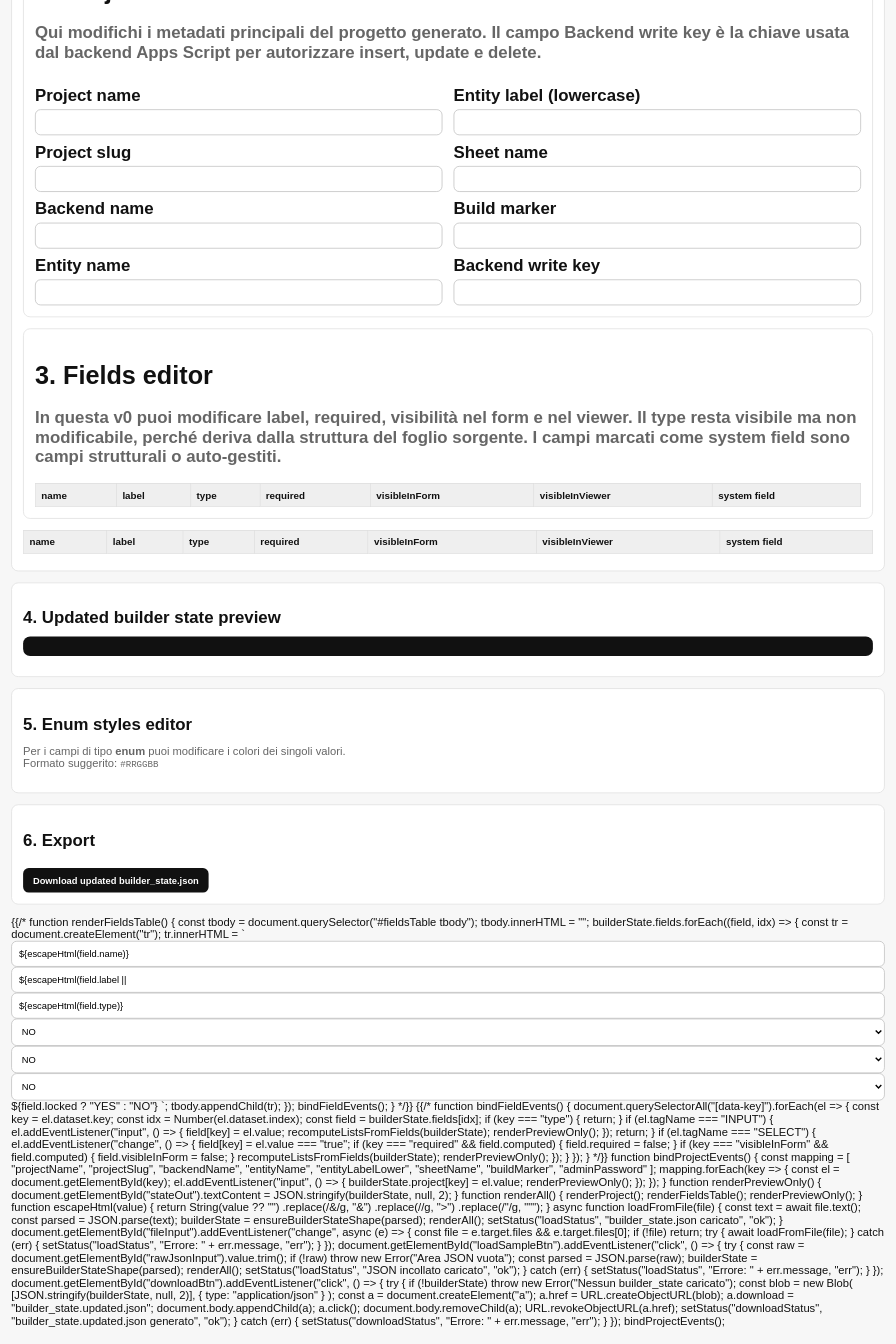
Repository: progettazionemauro/sheets.builder
Page: docs/builder.html
The author's editor kept a copy of each file at every save. The page is drawn from the files as they stood at one save, then again after the next save.
The browser window is 1280 px wide. The pictures show the part of the page from y = 693 to 2613 px (the page is 2613 px tall), at 70% of full size.

Above is the page before, as saved 2026-04-14 04:55:57.

After the next save:
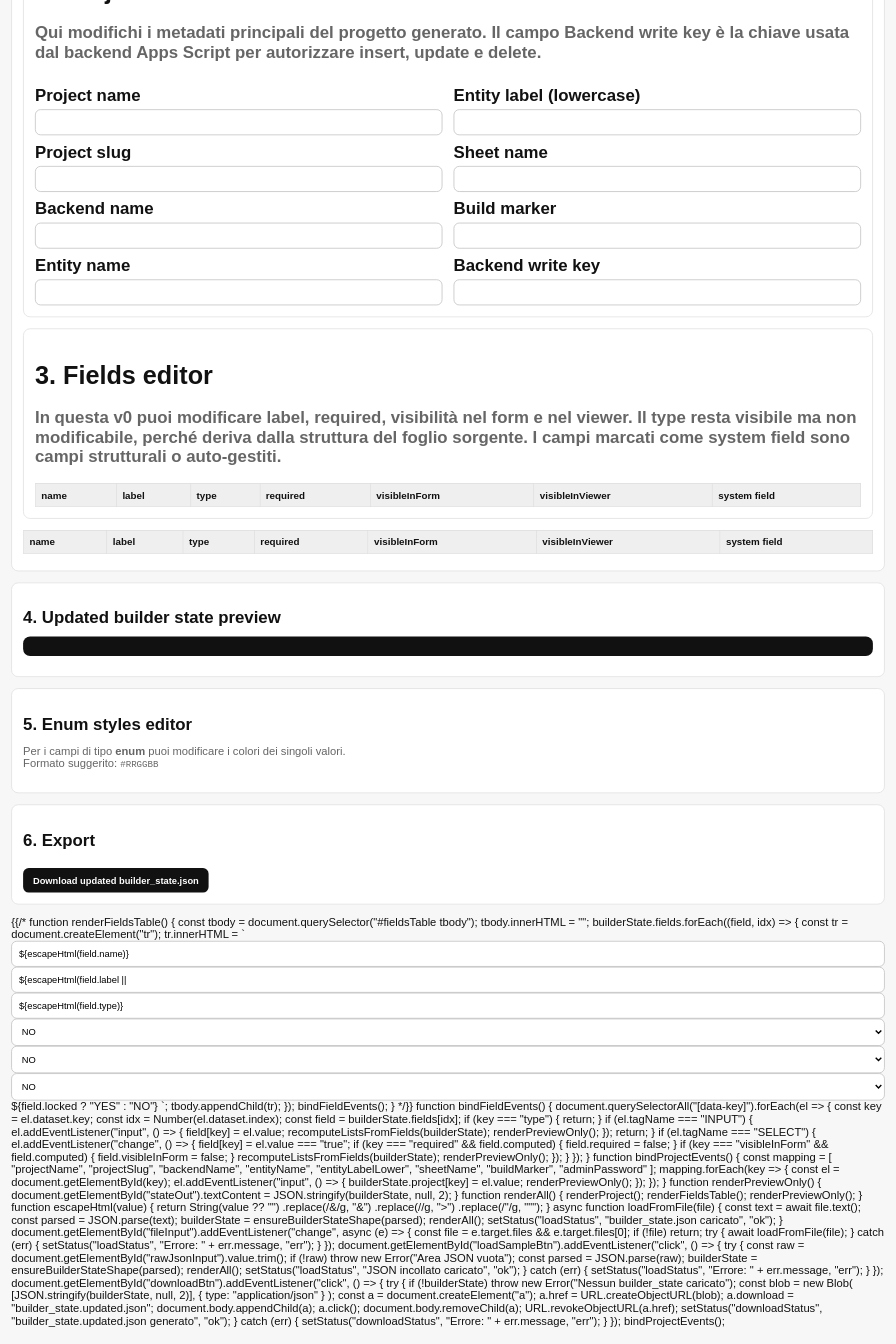
Saved 18 s later.
--- a/docs/builder.html
+++ b/docs/builder.html
@@ -740,7 +740,7 @@
   }
 </script>  */}}
 
-    {{/*  function bindFieldEvents() {
+    function bindFieldEvents() {
     document.querySelectorAll("[data-key]").forEach(el => {
       const key = el.dataset.key;
       const idx = Number(el.dataset.index);
@@ -776,7 +776,7 @@
         });
       }
     });
-  }  */}}
+  }
 
   function bindProjectEvents() {
     const mapping = [
